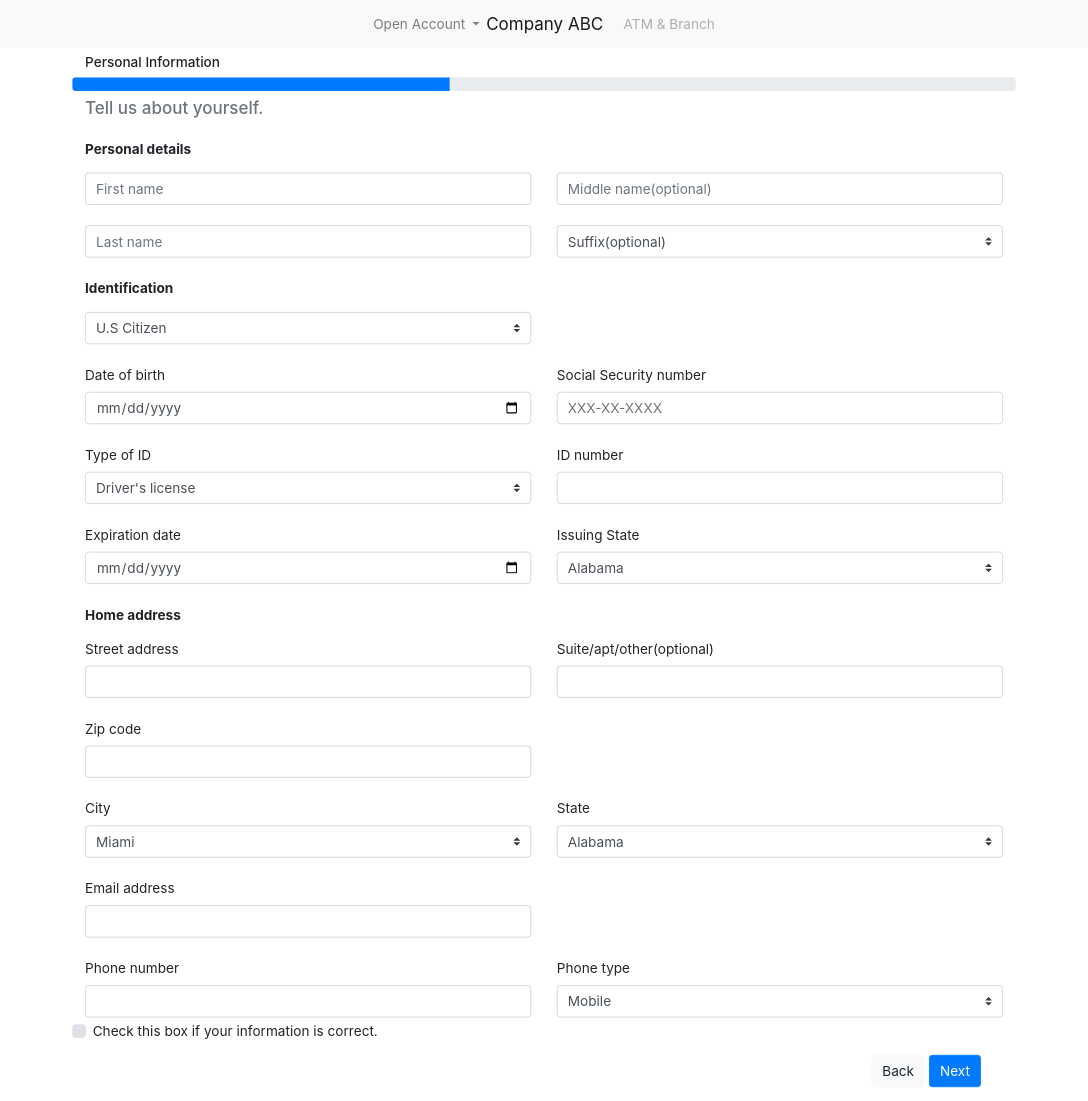
Repository: barriosan95/banking-opening-account-demo
Page: http://localhost/checking/application/customerInfo
The author's editor kept a record of every edit. The page is drawn from the files as they stood at one moment, then again after the next edit.
The browser window is 1280 px wide. The pictures show the whole page, at 85% of full size.
Some web fonts or font styles are not loaded; a fallback is used. Some web libraries are served in a nearby version. The page is served by the project's Node server (index.js).

Above is the page before.

After the next edit:
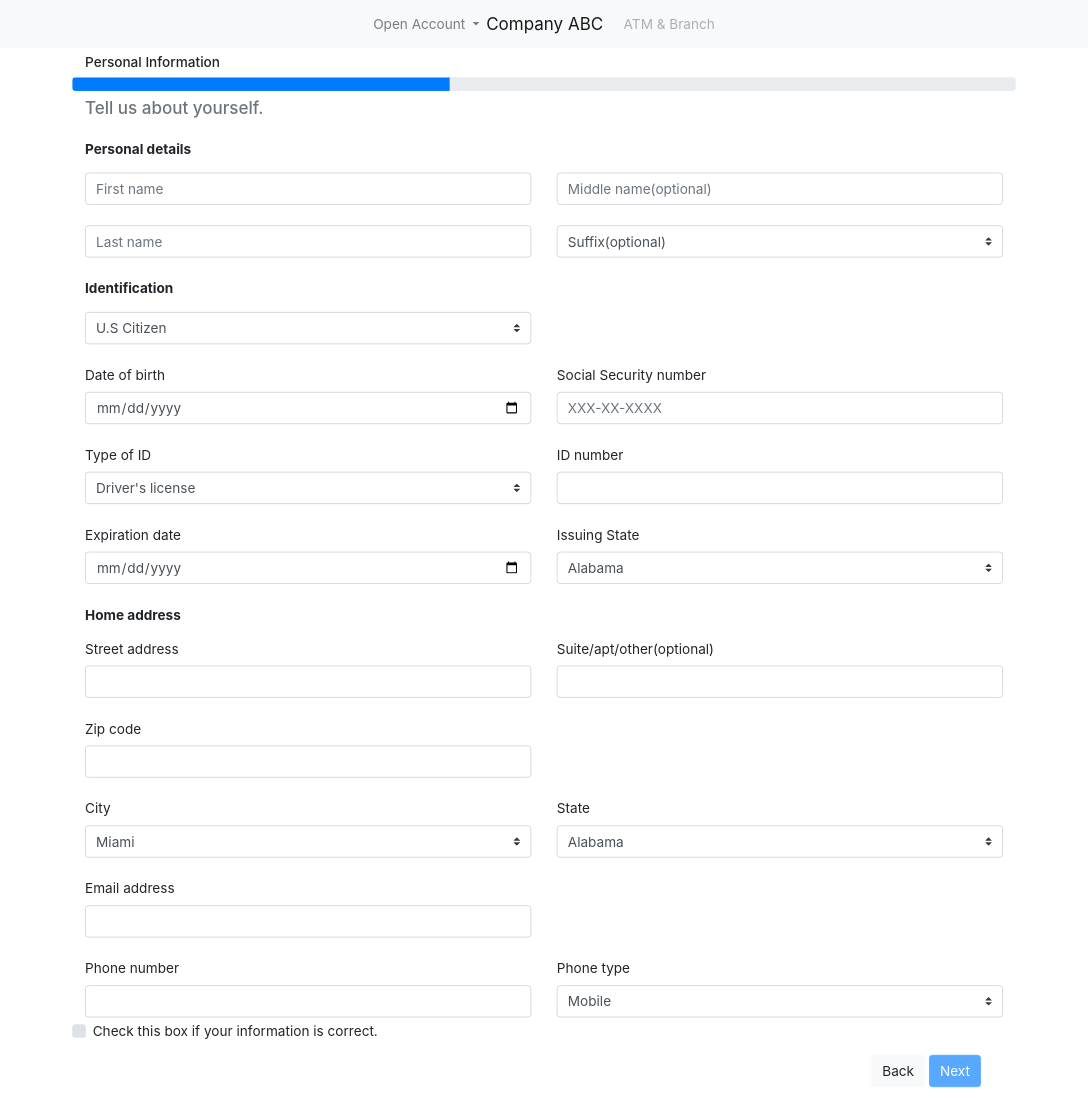
The edit:
--- a/views/info_app.ejs
+++ b/views/info_app.ejs
@@ -173,7 +173,7 @@
                 <div class ="row mt-2">
                     <div class = "col-md-2 ml-auto">
                         <a href="/checking/application"><button class="btn btn-light mt-2">Back</button></a>
-                        <button type="submit" id="personalInfoNext" class="btn btn-primary mt-2">Next</button>
+                        <button type="submit" id="personalInfoNext" class="btn btn-primary mt-2" disabled >Next</button>
                     </div>
                 </div>
             </div>
